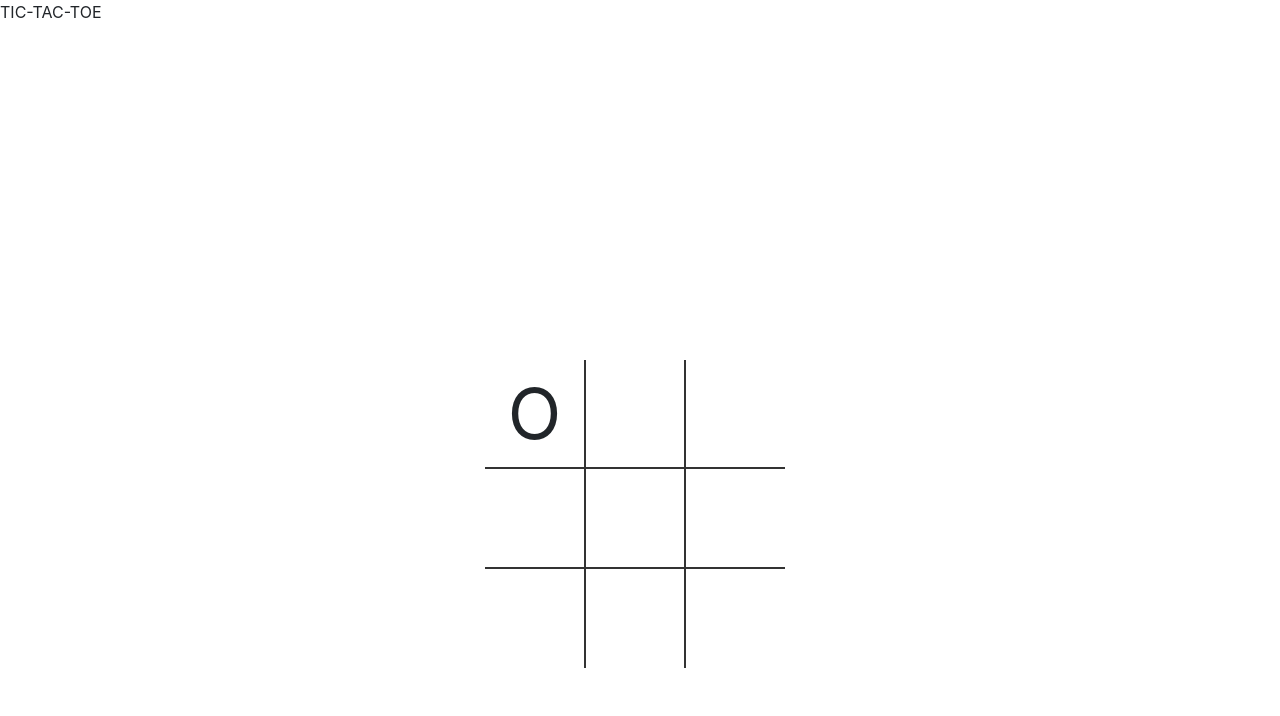
Repository: kiranshuaib/TicTacToe-game
Page: index.html
The author's editor kept a record of every edit. The page is drawn from the files as they stood at one moment, then again after the next edit.
The browser window is 1280 px wide. The pictures show the whole page.
After loading, the first visible `#\30` was clicked once.

Above is the page before.
Console error: ReferenceError: aiplayer is not defined

After the next edit:
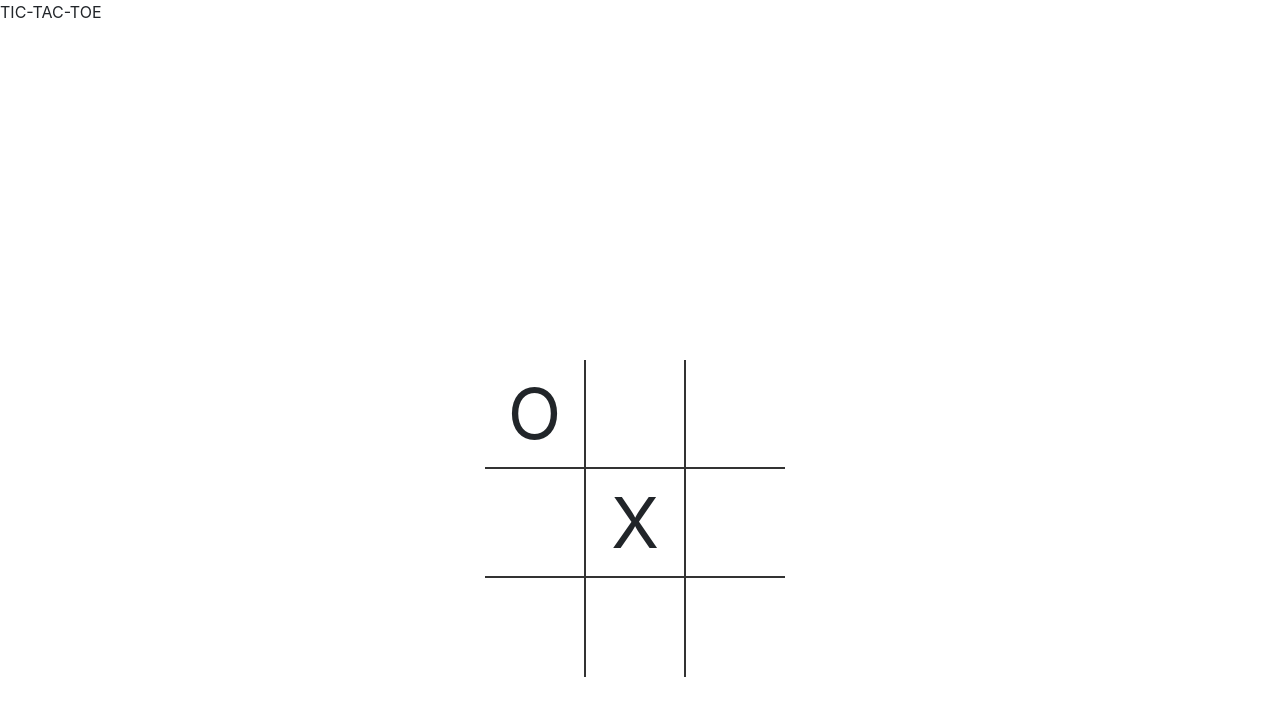
The error is gone.
The edit:
--- a/js/index.js
+++ b/js/index.js
@@ -28,7 +28,7 @@
 function turnClick(square) {
 	if (typeof origBoard[square.target.id] == 'number') {
 		turn(square.target.id, huPlayer)
-		if (!checkTie()) turn(bestSpot(), aiPlayer);
+		if (!checkWin(origBoard, huPlayer) && !checkTie()) turn(bestSpot(), aiPlayer);
 	}
 }
 
@@ -60,7 +60,7 @@
 	for (var i = 0; i < cells.length; i++) {
 		cells[i].removeEventListener('click', turnClick, false);
 	}
-	declareWinner(gameWon.player === huPlayer ? "You win!" : "You lose");
+	declareWinner(gameWon.player == huPlayer ? "You win!" : "You lose.");
 }
 
 function declareWinner(who) {
@@ -73,7 +73,7 @@
 }
 
 function bestSpot() {
-	return minimax(origBoard,aiplayer).index;
+	return minimax(origBoard, aiPlayer).index;
 }
 
 function checkTie() {
@@ -88,54 +88,53 @@
 	return false;
 }
 
-function minimax(newBoard,player){
-	var availSpots =emptySquares(newBoard);
+function minimax(newBoard, player) {
+	var availSpots = emptySquares(newBoard);
 
-// check the terminal states
-	if(checkWin(newBoard,player)){
-		return{scores:-10}
-	} else if(checkWin(newBoard,aiPlayer)){
-		return{score:10};
-	} else if(availSpots.length === 0){
-		return{score:0};
+	if (checkWin(newBoard, huPlayer)) {
+		return {score: -10};
+	} else if (checkWin(newBoard, aiPlayer)) {
+		return {score: 10};
+	} else if (availSpots.length === 0) {
+		return {score: 0};
 	}
-
 	var moves = [];
-	for(var i=0;i<availSpots.length;i++){
+	for (var i = 0; i < availSpots.length; i++) {
 		var move = {};
-		move.index=newBoard[availSpots[i]];
+		move.index = newBoard[availSpots[i]];
 		newBoard[availSpots[i]] = player;
 
-	if (player == aiPlayer){
-		var result = minimax(newBoard,huPlayer);
-		move.score = result.score;
-	} else {
-		var result = minimax(newBoard,aiPlayer);
-		move.score = result.score;
-	}
+		if (player == aiPlayer) {
+			var result = minimax(newBoard, huPlayer);
+			move.score = result.score;
+		} else {
+			var result = minimax(newBoard, aiPlayer);
+			move.score = result.score;
+		}
 
-	newBoard[availSpots[i]] = move.index;
+		newBoard[availSpots[i]] = move.index;
 
-	moves.push(move);
+		moves.push(move);
 	}
 
 	var bestMove;
-	if(player === aiPlayer){
+	if(player === aiPlayer) {
 		var bestScore = -10000;
-		for(i=0;i<moves.length;i++){
-			if(moves[i].score > bestScore){
-			bestScore = moves[i].score;
-			bestMove = i;
+		for(var i = 0; i < moves.length; i++) {
+			if (moves[i].score > bestScore) {
+				bestScore = moves[i].score;
+				bestMove = i;
 			}
 		}
 	} else {
-	    var bestScore = 10000;
-		for(i=0;i<moves.length;i++){
-			if(moves[i].score < bestScore){
-			bestScore = moves[i].score;
-			bestMove = i;
-	}
+		var bestScore = 10000;
+		for(var i = 0; i < moves.length; i++) {
+			if (moves[i].score < bestScore) {
+				bestScore = moves[i].score;
+				bestMove = i;
+			}
 		}
 	}
 
+	return moves[bestMove];
 }
